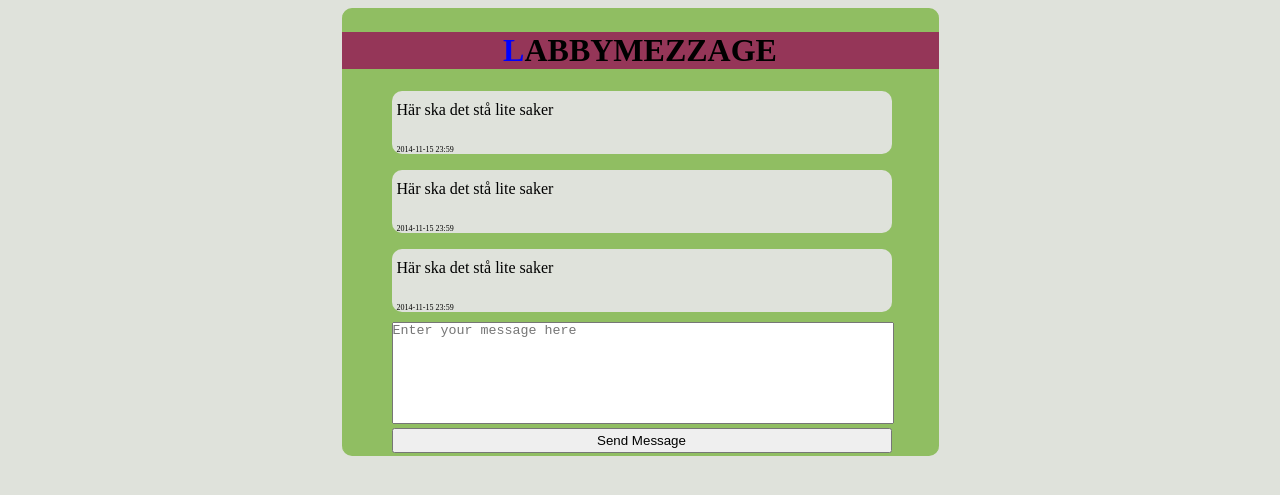
Repository: vr222bt/1dv403-laborationer
Page: 2-labbymezzage/index.html
The author's editor kept a record of every edit. The page is drawn from the files as they stood at one moment, then again after the next edit.
The browser window is 1280 px wide. The pictures show the whole page.

Above is the page before.

### 2-labbymezzage/index.html
<!doctype html>
<html lang="sv">
    <head>
        <link rel="stylesheet" href="style.css" />
        <meta charset="utf-8" />
        <title>Labbymezzage</title>
    </head>
    <body>
        <div id="container">
            <header>
                <h1>Labbymezzage</h1>
            </header>
            <main>
                <div id="messages">
                    <div class="message">
                        <p>Här ska det stå lite saker</p>
                        <footer>
                            <p>2014-11-15 23:59</p>
                        </footer>
                    </div>
                    <div class="message">
                        <p>Här ska det stå lite saker</p>
                        <footer>
                            <p>2014-11-15 23:59</p>
                        </footer>
                    </div>
                    <div class="message">
                        <p>Här ska det stå lite saker</p>
                        <footer>
                            <p>2014-11-15 23:59</p>
                        </footer>
                    </div>
                </div>
                <form>
                    <textarea id="text" placeholder="Enter your message here"></textarea>
                    <input type="submit"id="button" value="Send Message">
                </form>
            </main>


        </div>
        <script type="text/javascript" src="message.js" ></script>
        <script type="text/javascript" src="run.js" ></script>
    </body>
</html>

### 2-labbymezzage/style.css
body
    {
        background-color: #DFE2DB;
    }
#container
    {
        max-width: 597px;
        border-style: solid;
        border-width: 3px;
        border-color: #90BE62;
        border-radius: 10px ;
        border-left-width: 0px;
        border-right-width: 0px;
        margin-right: auto;
        margin-left: auto;
        background-color: #90BE62;

    }

#text
    {
        width: 500px;
        height: 100px;
        margin-left: 50px;
        margin-right: 50px;
        resize: none;
        padding: 0;
    }

#button
    {
        width: 500px;
        height: 25px;
        margin-left: 50px;
        margin-right: 50px;

    }

h1
    {
        text-align: center;
        text-transform: uppercase;
        background-color: #953658;
    }

h1:first-letter
    {
        color: blue;
    }

.message
    {
        width: 500px;
        margin-left: 50px;
        margin-right: 50px;
        margin-top: 10px;
        margin-bottom: 10px;
        border-radius: 10px;
        background-color: #DFE2DB ;
    }

.message p
    {
        padding-top: 10px;
        padding-left: 5px;
    }

.message footer p
    {
        text-align: left;
        padding-right: 5px;
        font-size: 50%
    }

### 2-labbymezzage/message.js
"use strict";

function Message(message, date){

    this.getText = function() {
        return message;
    };
    this.setText = function(_text) {
        message = _text;
    };
    this.getDate = function() {
        return date;
    };
    this.setDate = function(_date) {
        date = _date;
    };
}

Message.prototype.toString = function(){
    return this.getText()+" ("+this.getDate()+")";
};

Message.prototype.getHTMLText = function(){
    return this.getText().replace("\n","<br />");
};

### 2-labbymezzage/run.js
"use strict";

var messageBoard = {

    messages: [],
    init:  function(e){
        /*
        var message1 = new Message("test1", new Date());
        var message2 = new Message("test2", new Date());
        messageBoard.messages.push(message1, message2);
        alert(messageBoard.messages[1].getText());
        alert(message1.getText());
        alert(message2.getText());
        alert(message2.getDate());
        */


    }
};

window.onload = messageBoard.init;

After the next edit:
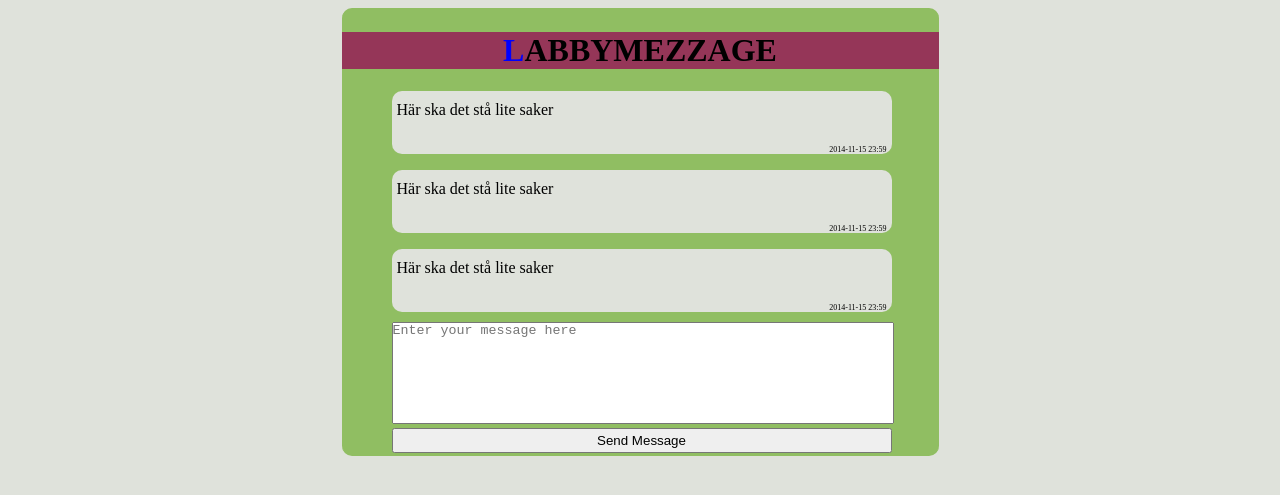
The edit:
--- a/2-labbymezzage/style.css
+++ b/2-labbymezzage/style.css
@@ -67,7 +67,7 @@
 
 .message footer p
     {
-        text-align: left;
+        text-align: right;
         padding-right: 5px;
         font-size: 50%
     }
